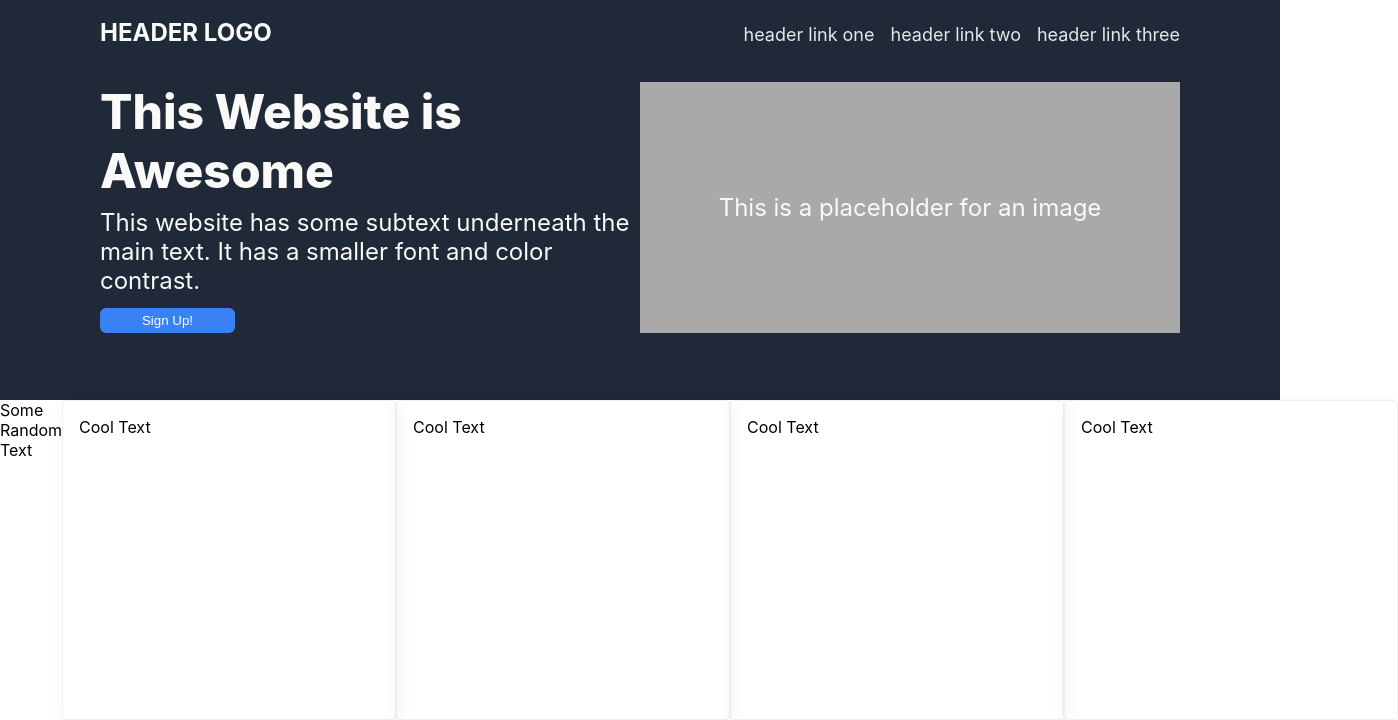
Repository: bbrockbrown/landing-page
Page: index.html
The author's editor kept a copy of each file at every save. The page is drawn from the files as they stood at one save, then again after the next save.
The browser window is 1280 px wide. The page is 1398 px wide, so the pictures cover 1398 px, including what lies to the right of the window. The pictures show the whole page.

Above is the page before, as saved 2024-07-24 15:33:00.

After the next save:
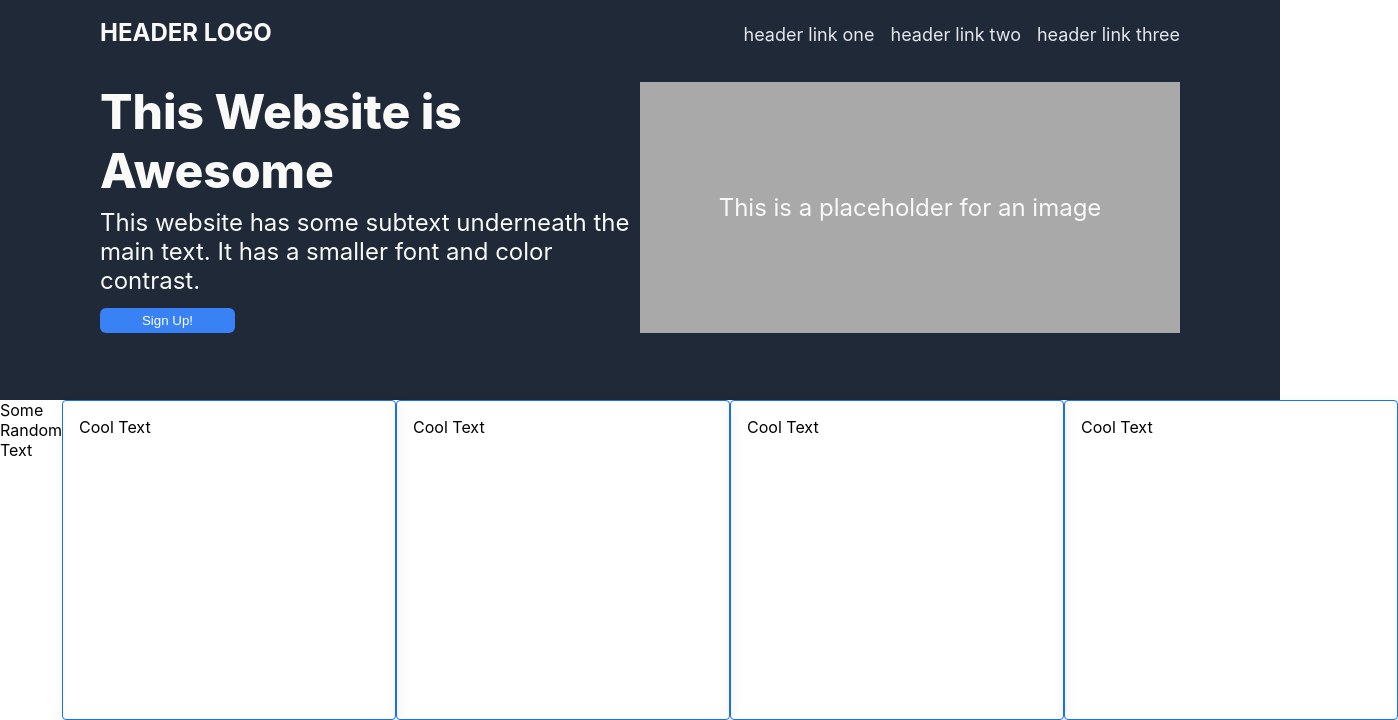
Saved 43 s later.
--- a/styles.css
+++ b/styles.css
@@ -89,7 +89,7 @@ a {
 }
 
 .box {
-    border: 1px solid #eee;
+    border: 1px solid  #186ffa;
     box-shadow: 2px 4px 16px rgba(0,0,0,.06);
     border-radius: 4px;
     padding: 16px;
